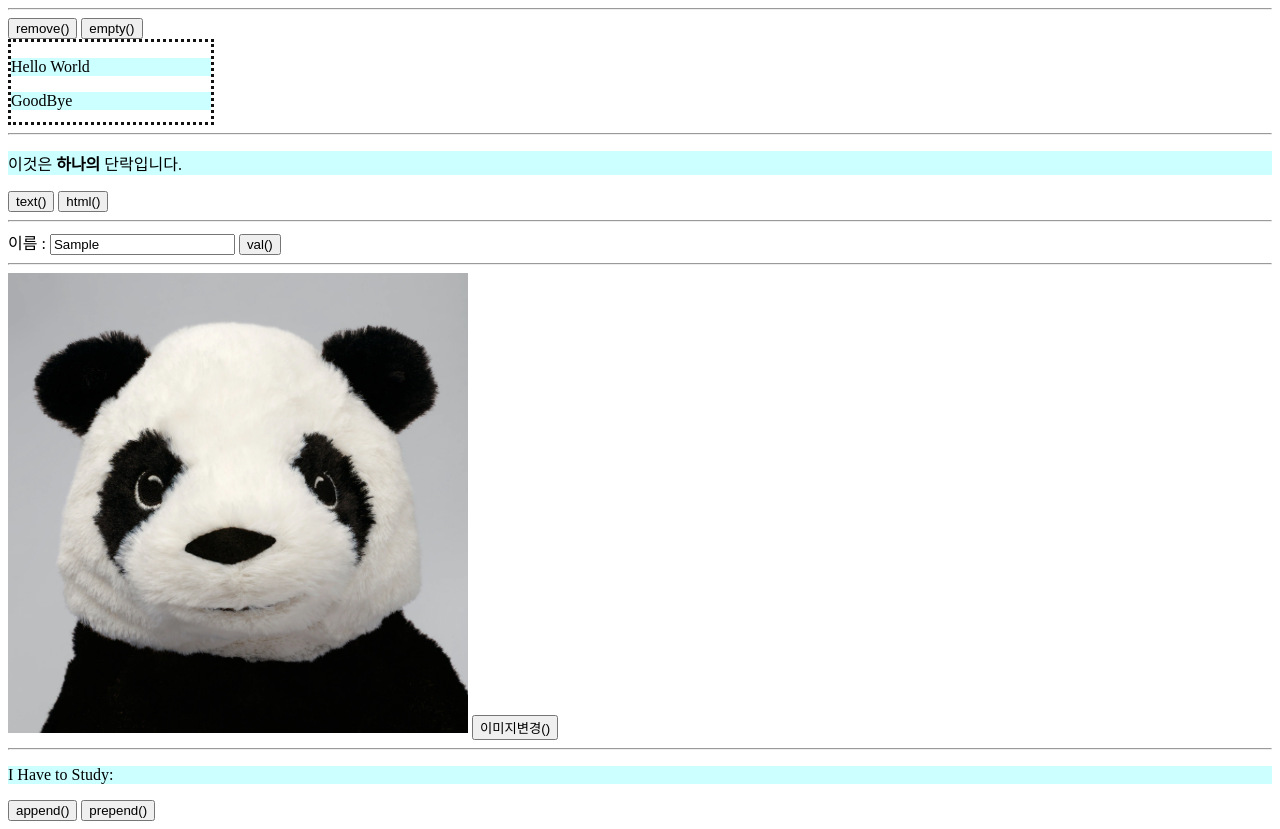
Repository: yujisu01/2021_504_java
Page: javascript_jquery/WebContent/jQuery_ex02.html
The author's editor kept a copy of each file at every save. The page is drawn from the files as they stood at one save, then again after the next save.
The browser window is 1280 px wide. The pictures show the whole page.
Empty fields were first filled with sample values (such as "Sample", 5 or name@example.com).
After loading, the first visible `#attr` was clicked once.

Above is the page before, as saved 2021-04-15 05:42:23.

After the next save:
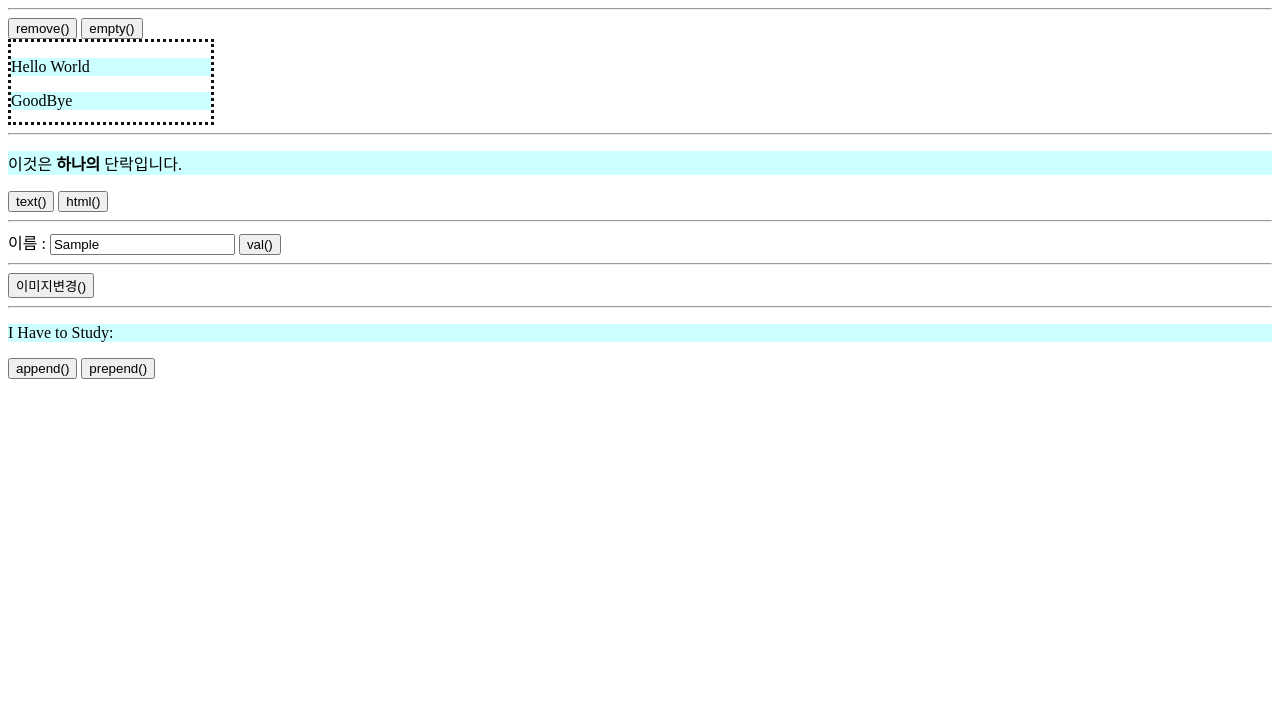
Saved 18 s later.
--- a/javascript_jquery/WebContent/jQuery_ex02.html
+++ b/javascript_jquery/WebContent/jQuery_ex02.html
@@ -44,7 +44,7 @@
 			$(".container").empty();
 		});
 		$("#attr").click(function(){
-			 $("#img35").hide();
+			 $("#chain_dog").hide();
              $("#img37").show();
 		});
 
